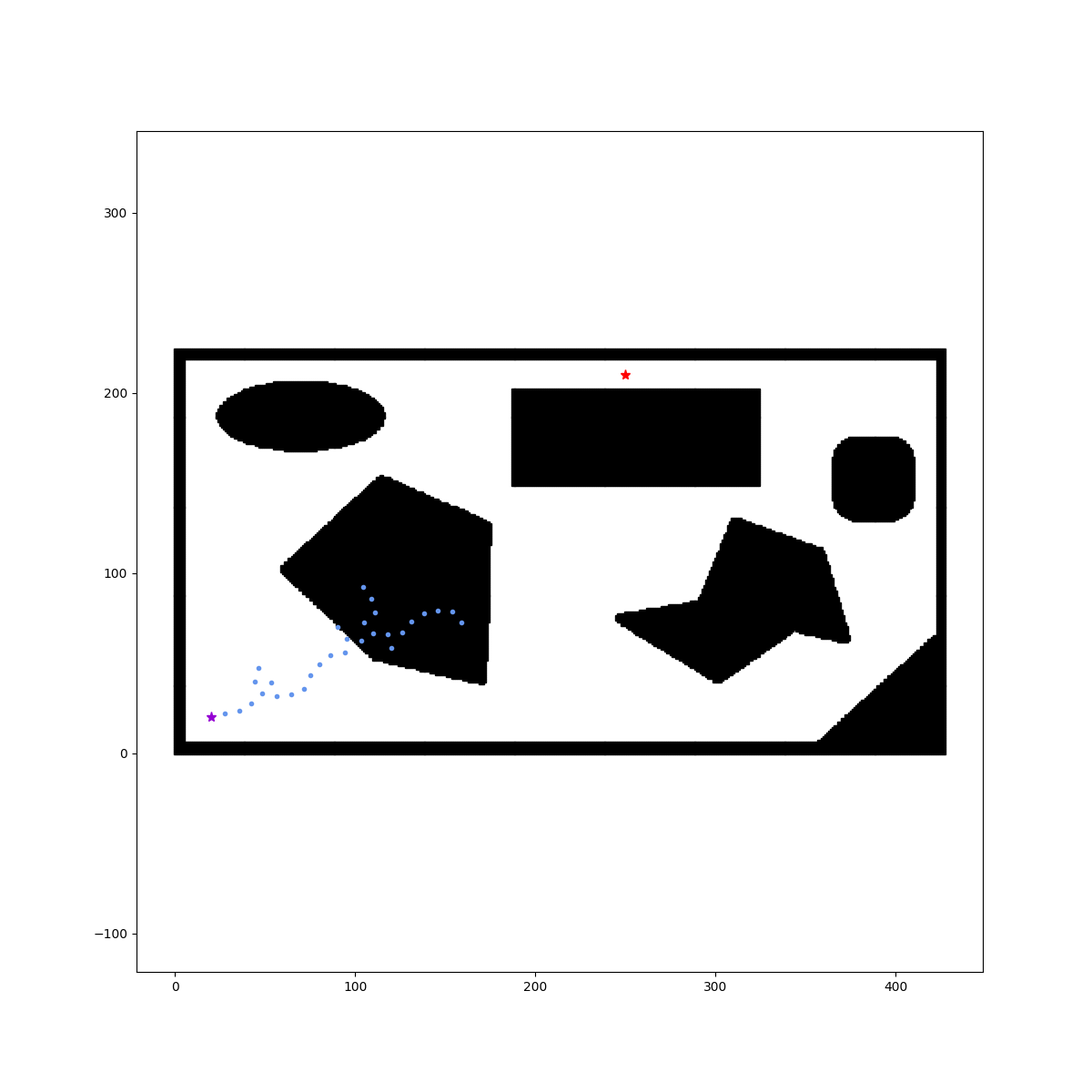
Repository: BaoL067/Pnc-Learning
Script's output: python sampling_based_planner/rrt_star.py
These files come from the project's save history. The script's output is drawn as it stood at one moment and after a run of saves; the edit follows.
The pictures are shown at 91% of full size.
Animations are shown at an early frame. Random numbers start from a fixed seed. It also reads sampling_based_planner/maps/map3.png.

Above is the script's output before, as saved 2024-10-06 15:01:02.

### sampling_based_planner/rrt_star.py
import math
import random

import sys
import matplotlib.pyplot as plt
import cv2
import pathlib
import numpy as np

SHOW_SAMPLING_PROCESS = True
random.seed(0)
class RRTStar:
    class Node:
        def __init__(self, x, y):
            # the position of node
            self.x = x
            self.y = y
            # the path between current node and its parent
            self.path_x = []
            self.path_y = []
            # the cost of node
            self.cost = 0
            # the parent of node
            self.parent = None

        def reset(self):
            self.path_x = []
            self.path_y = []


    def __init__(self,
                start,
                goal,
                x_rand_area,
                y_rand_area,
                obstacle_map = None,
                extend_dist = 10.0,
                path_resolution = 1.0,
                goal_sample_rate = 10,
                max_iter = 1000,
                near_nodes_dist_threshold = 30.0,
                search_until_max_iter = False):

        self.start = self.Node(start[0], start[1])
        self.end = self.Node(goal[0], goal[1])
        self.x_min_rand = x_rand_area[0]
        self.x_max_rand = x_rand_area[1]
        self.y_min_rand = y_rand_area[0]
        self.y_max_rand = y_rand_area[1]
        self.obstacle_map = obstacle_map
        self.extend_dist = extend_dist
        self.path_resolution = path_resolution
        self.goal_sample_rate = goal_sample_rate
        self.max_iter = max_iter

        self.near_nodes_dist_threshold = near_nodes_dist_threshold
        self.search_until_max_iter = search_until_max_iter

        self.goal_node = self.Node(goal[0], goal[1])
        self.node_list = []

    def planning(self):
        self.draw_start_and_goal()
        self.node_list = [self.start]

        for i in range(self.max_iter):
            # TODO: 1. generate random node within the x/y range
            random_node = self.generate_random_node()

            # TODO: 2. find the nearest node to random node in the tree
            nearest_node = min(self.node_list, key=lambda node: math.hypot(node.x - random_node.x, node.y - random_node.y))

            # TODO: 3. Steer the nearest_node to random with extend_dist
            dx = random_node.x - nearest_node.x
            dy = random_node.y - nearest_node.y
            d = math.hypot(dx, dy)
            if d >= self.path_resolution:
                new_node = self.Node(nearest_node.x + self.extend_dist * dx / d, nearest_node.y + self.extend_dist * dy / d)
                self.rewire(new_node, nearest_node)
            else:
                continue

            # # RRT implementation
            self.node_list.append(new_node)
            self.draw_node_and_edge(new_node)
            # # RRT* implementation
            # # TODO: 4. find nodes near the new_node, and choose the parent which maintains a minimum-cost from the start node
            # near_nodes = [node for node in self.node_list if math.hypot(node.x - new_node.x, node.y - new_node.y) <= self.near_nodes_dist_threshold]
            # optimal_node = min(near_nodes, key=lambda node: node.cost + math.hypot(node.x - new_node.x, node.y - new_node.y))
            # new_node.rewire(optimal_node)
            # # while near_nodes:

            # #     near_nodes.remove(optimal_node)
            # #     new_node.rewire(optimal_node)
            # #     if self.check_collision_with_obs_map(new_node, self.obstacle_map):
            # #         break
            # #     else:
            # #         new_node.reset()
            # #         continue

            # # TODO: 5. rewire the tree and draw current node and the edge between it and its parent node
            # for near_node in near_nodes:
            #     if near_node.cost > new_node.cost + math.hypot(near_node.x - new_node.x, near_node.y - new_node.y):
            #         near_node.rewire(new_node)
            #         if not self.check_collision_with_obs_map(near_node, self.obstacle_map):
            #             near_node.reset()
            #             continue
            #         # self.draw_node_and_edge(near_node)

            # TODO: 6. check if the tree has extended to the vicinity of the goal point, if so, select a suitable
            # node directly to connect to the goal, if the edge does not collide with obstacles, the search can
            # be finished, return the entire path which is extracted by backtracking.
            if ((not self.search_until_max_iter) and new_node):
                if (math.hypot(new_node.x - self.end.x, new_node.y - self.end.y) <= self.extend_dist):
                    self.end.rewire(new_node)
                    if self.check_collision_with_obs_map(self.end, self.obstacle_map):
                        return self.backtracking(len(self.node_list) - 1)
                    else:
                        self.end.reset()

        print("reach max iteration")
        # TODO: 7. reach max iteration, backtracking to extract the path between the last node and the start node
        return self.backtracking(len(self.node_list) - 1)

    def generate_random_node(self):
        if random.randint(0, 100) > self.goal_sample_rate:
            random_node = self.Node(random.uniform(self.x_min_rand, self.x_max_rand),
                                    random.uniform(self.y_min_rand, self.y_max_rand))
            return random_node
        else:  # select goal point
            return self.Node(self.end.x, self.end.y)

    def backtracking(self, goal_idx):
        """
            backtracking from last index to retrieve the entire path.
        """
        path = [[self.end.x, self.end.y]]
        node = self.node_list[goal_idx]
        while node.parent is not None:
            path.append([node.x, node.y])
            node = node.parent
        path.append([node.x, node.y])

        return path

    def check_collision_with_obs_map(self, node, obstacle_map):
        if node is None or obstacle_map[round(node.x)][round(node.y)] == True:
            return False

        for x, y in zip(node.path_x, node.path_y):
            if (obstacle_map[round(x)][round(y)] == True):
                return False  # collision

        return True  # safe

    def draw_start_and_goal(self):
        plt.plot(self.start.x, self.start.y, marker='*', color='darkviolet', markersize=8, zorder=100000)
        plt.plot(self.end.x, self.end.y, marker='*', color='r', markersize=8, zorder=100000)

    def draw_node_and_edge(self, node):
        # for stopping simulation with the esc key.
        plt.gcf().canvas.mpl_connect('key_release_event',
                                    lambda event: [exit(0) if event.key == 'escape' else None])
        plt.plot(node.x, node.y, '.', color='cornflowerblue')
        if node.parent:
            plt.plot(node.path_x, node.path_y, '-', color='lightpink')
        if (SHOW_SAMPLING_PROCESS):
            plt.pause(0.00000001)

    def generate_path(self, node):
        dx = node.x - node.parent.x
        dy = node.y - node.parent.y
        d = math.hypot(dx, dy)

        steps = int(round(d / self.path_resolution))

        node.path_x = np.linspace(node.parent.x, node.x, steps).tolist()
        node.path_y = np.linspace(node.parent.y, node.y, steps).tolist()


    def rewire(self, node, new_parent):
        old_parent = node.parent
        node.parent = new_parent
        node.cost = new_parent.cost + math.hypot(node.x - new_parent.x, node.y - new_parent.y)



def preprocess_image(image, threshold):
    # convert to gray image
    gray_img = cv2.cvtColor(image, cv2.COLOR_RGB2GRAY)
    # binarization
    _, binary_img = cv2.threshold(gray_img, threshold, 255, cv2.THRESH_BINARY)
    return binary_img

def extract_obstacle_list_from_img(binary_img):
    obstacle_x_list = []
    obstacle_y_list = []
    # get the size of binary image
    rows, cols = binary_img.shape[:2]

    for i in range(rows):
        for j in range(cols):
            if binary_img[i, j] == 0:
                # convert image frame to world frame
                obstacle_x_list.append(j)
                obstacle_y_list.append(rows - i - 1)

    return obstacle_x_list, obstacle_y_list

def extract_obstacle_map_list_from_img(binary_img):
    # get the size of binary image
    img_rows, img_cols = binary_img.shape[:2]

    # convert image frame to world frame
    map_x_size = img_cols
    map_y_size = img_rows

    # construct obstacle map
    obstacle_map = [[False for y in range(map_y_size)] for x in range(map_x_size)]

    for x in range(map_x_size):
        for y in range(map_y_size):
            if binary_img[map_y_size - y - 1, x] == 0:
                obstacle_map[x][y] = True

    return obstacle_map

def main():
    # read image map
    image = cv2.imread(str(pathlib.Path.cwd()) + "\sampling_based_planner\maps\map3.png")
    # transform to binary image
    binary_img = preprocess_image(image, 127)
    # extract obstacle map from image
    obstacle_map = extract_obstacle_map_list_from_img(binary_img)

    x_size = len(obstacle_map)
    y_size = len(obstacle_map[0])

    obs_x_list, obs_y_list = [], []
    for x in range(len(obstacle_map)):
        for y in range(len(obstacle_map[0])):
            if obstacle_map[x][y] == True:
                obs_x_list.append(x)
                obs_y_list.append(y)

    plt.figure(figsize=(12, 12))
    plt.axis("equal")
    plt.plot(obs_x_list, obs_y_list, 'sk', markersize=2)

    rrt_star = RRTStar(
        start=[20, 20],
        goal=[250, 210],
        x_rand_area=[0, len(obstacle_map)],
        y_rand_area=[0, len(obstacle_map[0])],
        obstacle_map=obstacle_map,
        extend_dist=8.0,
        max_iter=3000,
        near_nodes_dist_threshold=30.0,
        search_until_max_iter=False)

    path = rrt_star.planning()

    if path is None:
        print("Cannot find path")
    else:
        print("Find path!")

    # draw final path
    plt.plot([x for (x, y) in path], [y for (x, y) in path], '-', linewidth=2.0, color='palegreen')
    plt.show()

if __name__ == '__main__':
    main()

After the next 5 saves:
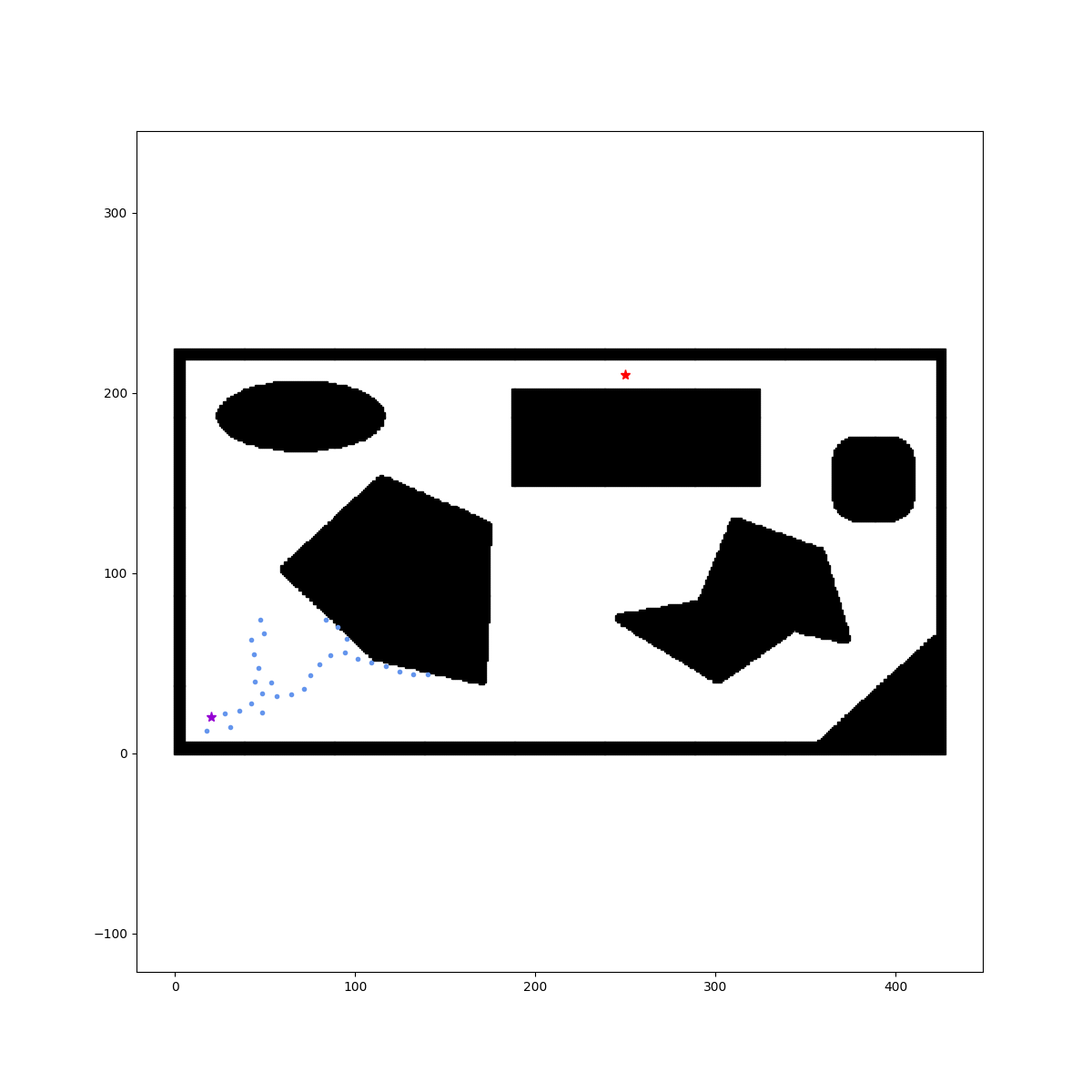
The 5 saves are shown as one change because 3 did not build or start and some came seconds apart.
The last was saved 28 s later.
--- a/sampling_based_planner/rrt_star.py
+++ b/sampling_based_planner/rrt_star.py
@@ -79,33 +79,33 @@ class RRTStar:
                 self.rewire(new_node, nearest_node)
             else:
                 continue
-
-            # # RRT implementation
-            self.node_list.append(new_node)
-            self.draw_node_and_edge(new_node)
-            # # RRT* implementation
-            # # TODO: 4. find nodes near the new_node, and choose the parent which maintains a minimum-cost from the start node
-            # near_nodes = [node for node in self.node_list if math.hypot(node.x - new_node.x, node.y - new_node.y) <= self.near_nodes_dist_threshold]
-            # optimal_node = min(near_nodes, key=lambda node: node.cost + math.hypot(node.x - new_node.x, node.y - new_node.y))
-            # new_node.rewire(optimal_node)
-            # # while near_nodes:
-
-            # #     near_nodes.remove(optimal_node)
-            # #     new_node.rewire(optimal_node)
-            # #     if self.check_collision_with_obs_map(new_node, self.obstacle_map):
-            # #         break
-            # #     else:
-            # #         new_node.reset()
-            # #         continue
-
-            # # TODO: 5. rewire the tree and draw current node and the edge between it and its parent node
-            # for near_node in near_nodes:
-            #     if near_node.cost > new_node.cost + math.hypot(near_node.x - new_node.x, near_node.y - new_node.y):
-            #         near_node.rewire(new_node)
-            #         if not self.check_collision_with_obs_map(near_node, self.obstacle_map):
-            #             near_node.reset()
-            #             continue
-            #         # self.draw_node_and_edge(near_node)
+            if self.check_collision_with_obs_map(new_node, self.obstacle_map):
+                # # RRT implementation
+                self.node_list.append(new_node)
+                self.draw_node_and_edge(new_node)
+                # # RRT* implementation
+                # # TODO: 4. find nodes near the new_node, and choose the parent which maintains a minimum-cost from the start node
+                # near_nodes = [node for node in self.node_list if math.hypot(node.x - new_node.x, node.y - new_node.y) <= self.near_nodes_dist_threshold]
+                # optimal_node = min(near_nodes, key=lambda node: node.cost + math.hypot(node.x - new_node.x, node.y - new_node.y))
+                # new_node.rewire(optimal_node)
+                # # while near_nodes:
+
+                # #     near_nodes.remove(optimal_node)
+                # #     new_node.rewire(optimal_node)
+                # #     if self.check_collision_with_obs_map(new_node, self.obstacle_map):
+                # #         break
+                # #     else:
+                # #         new_node.reset()
+                # #         continue
+
+                # # TODO: 5. rewire the tree and draw current node and the edge between it and its parent node
+                # for near_node in near_nodes:
+                #     if near_node.cost > new_node.cost + math.hypot(near_node.x - new_node.x, near_node.y - new_node.y):
+                #         near_node.rewire(new_node)
+                #         if not self.check_collision_with_obs_map(near_node, self.obstacle_map):
+                #             near_node.reset()
+                #             continue
+                #         # self.draw_node_and_edge(near_node)
 
             # TODO: 6. check if the tree has extended to the vicinity of the goal point, if so, select a suitable
             # node directly to connect to the goal, if the edge does not collide with obstacles, the search can
